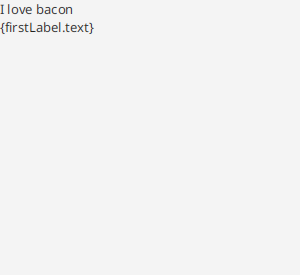
Repository: joegaBonito/JavaFX--JAVA-
Program's window: java 31,32,33 FXML/src/application/Main.java
The author's editor kept a copy of each file at every save. The program's window is drawn from the files as they stood at one save, then again after the next save.
It runs on Java 21 on a 1366 x 768 screen with JavaFX 11; the title bar is not drawn.

Above is the program's window before, as saved 2016-02-15 04:56:21.

After the next save:
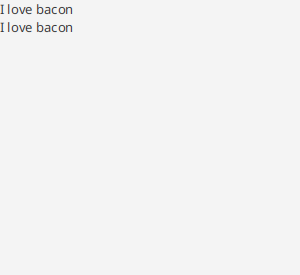
Saved 18 s later.
--- a/31,32,33 FXML/src/application/sample.fxml
+++ b/31,32,33 FXML/src/application/sample.fxml
@@ -6,7 +6,7 @@
       fx:controller="application.Controller">
 
     <Label text="I love bacon" fx:id="firstLabel"/>
-    <Label text="{firstLabel.text}"/>
+    <Label text="${firstLabel.text}"/>
 
     <!--  <Button text="Submit" fx:id="button" onAction="#handleButtonClick"/> -->
 
